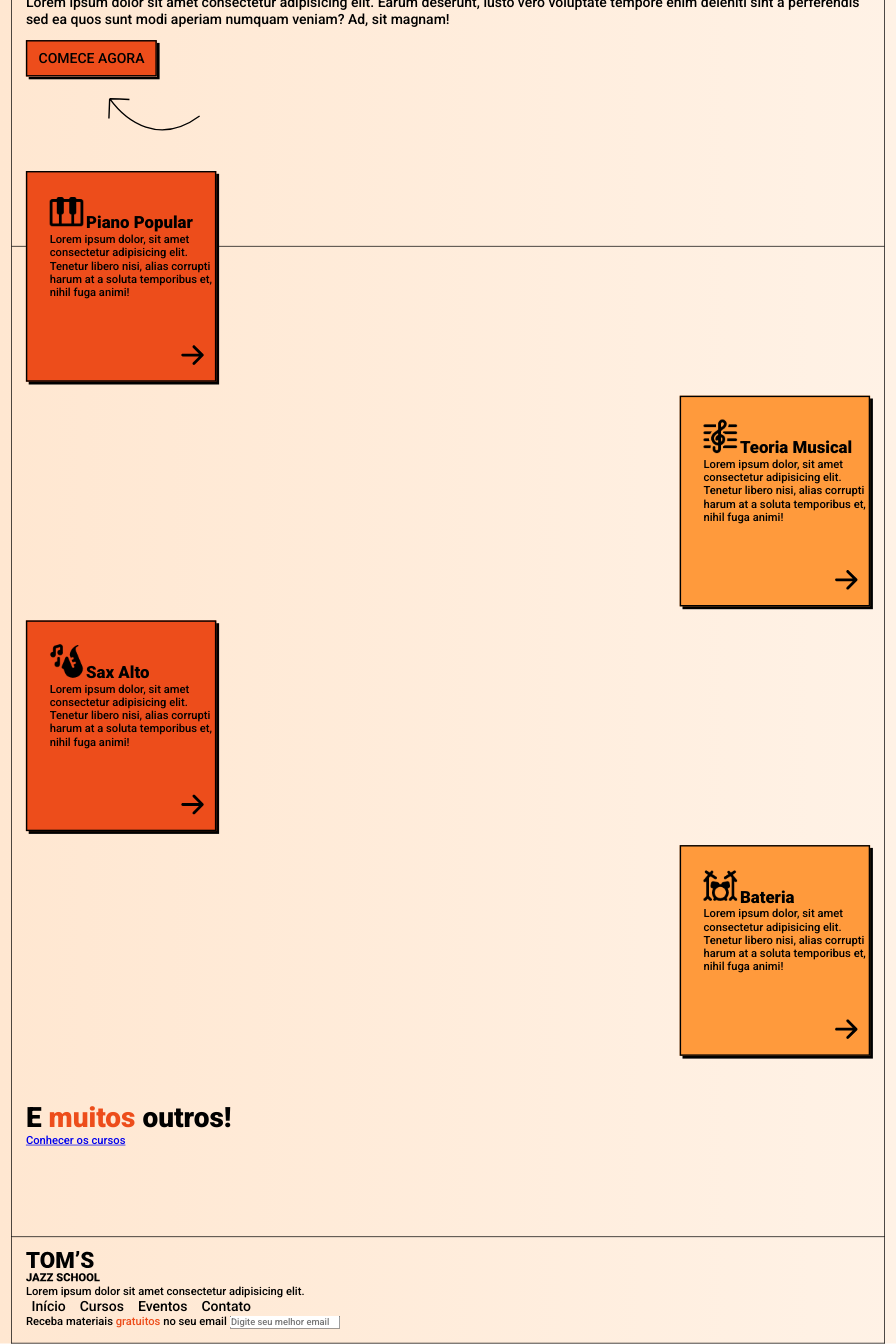
Repository: tenoriodasilva31/OBC-Music-School
Page: index.html
These files come from the project's save history. The page is drawn as it stood at one moment and after the next save; the edit follows.
The browser window is 1280 px wide. The pictures show the part of the page from y = 1185 to 3105 px (the page is 3105 px tall), at 70% of full size.

Above is the page before, as saved 2023-07-05 17:50:17.

### index.html
<!DOCTYPE html>
<html lang="pt-BR">
<head>
    <meta charset="UTF-8">
    <meta name="viewport" content="width=device-width, initial-scale=1.0">
    <title>Tom's Jazz School</title>

    <link rel="preconnect" href="https://fonts.googleapis.com">
    <link rel="preconnect" href="https://fonts.gstatic.com" crossorigin>

    <link rel="stylesheet" href="index.css">

    <link href="https://fonts.googleapis.com/css2?family=Roboto:wght@500;900&display=swap" rel="stylesheet">
</head>
<body>
    <header>
        <img src="./img/logo.svg" alt="Tom's School">
        <nav class="mt-1 nx-auto">
            <a href="#">Início</a>
            <a href="#">Cursos</a>
            <a href="#">Eventos</a>
            <a href="#">Contato</a>
        </nav>
        <button href="#" class="button mt-1 mb-1 nx-auto">Inscreva-se</button>
    </header>
    <main>
        <section class="hero-section">
            <img src="/img/hero-img.svg" alt="Banda de jazz se apresentando">
            <div>
                <h1 class="mt-2">Crie algo <span class="text-primary decoration">impactante</span> com música</h1>
                <p class="mt-2 mb-2">Lorem ipsum dolor sit amet consectetur adipisicing elit. Earum deserunt, iusto vero voluptate tempore enim deleniti sint a perferendis sed ea quos sunt modi aperiam numquam veniam? Ad, sit magnam!</p>
                <a href="#" class="button mt-1 mb-1 nx-auto">Comece agora</a>
            </div>
        </section>
        <section class="courses-section">
            <div class="cards">
            <article class="card">
                <img src="/img/piano.png" alt="icone de teclas de piano">
                <strong>Piano Popular</strong>
                <p>Lorem ipsum dolor, sit amet consectetur adipisicing elit. Tenetur libero nisi, alias corrupti harum at a soluta temporibus et, nihil fuga animi!</p>
                <a href="#">
                    <img src="/img/arrow-right.svg" alt="Ir para página do curso">
                </a>
            </article>
            <article class="card">
                <img src="/img/clef.png" alt="icone clave">
                <strong>Teoria Musical</strong>
                <p>Lorem ipsum dolor, sit amet consectetur adipisicing elit. Tenetur libero nisi, alias corrupti harum at a soluta temporibus et, nihil fuga animi!</p>
                <a href="#">
                    <img src="/img/arrow-right.svg" alt="Ir para página do curso">
                </a>
            </article>
            <article class="card">
                <img src="/img/sax.png" alt="icone de teclas de piano">
                <strong>Sax Alto</strong>
                <p>Lorem ipsum dolor, sit amet consectetur adipisicing elit. Tenetur libero nisi, alias corrupti harum at a soluta temporibus et, nihil fuga animi!</p>
                <a href="#">
                    <img src="/img/arrow-right.svg" alt="Ir para página do curso">
                </a>
            </article>
            <article class="card">
                <img src="/img/drums.png" alt="icone de teclas de piano">
                <strong>Bateria</strong>
                <p>Lorem ipsum dolor, sit amet consectetur adipisicing elit. Tenetur libero nisi, alias corrupti harum at a soluta temporibus et, nihil fuga animi!</p>
                <a href="#">
                    <img src="/img/arrow-right.svg" alt="Ir para página do curso">
                </a>
            </article>
            </div>
            <h2>E <span class="text-primary text-center">muitos</span> outros!</h2>
            <a href="#">Conhecer os cursos</a>
        </section>
    </main>

    <footer>
        <div>
            <img src="/img/logo.svg" alt="Tom's School">
            <p>Lorem ipsum dolor sit amet consectetur adipisicing elit. </p>
        </div>
        <nav>
            <a href="#">Início</a>
            <a href="#">Cursos</a>
            <a href="#">Eventos</a>
            <a href="#">Contato</a>
        </nav>
        <form>
            <label for="email">Receba materiais <span class="text-primary">gratuitos</span> no seu email</label>
            <input type="text" name="email" id="email" placeholder="Digite seu melhor email">
        </form>
    </footer>
</body>
</html>

### index.css
* {
    box-sizing: border-box;
    font-family: 'Roboto', sans-serif;
    margin: 0;
    padding: 0;
}

:root {
    --color-primary: #ED4D1B;
    --color-secondary: #FF9a3c;
    --color-black: #000;
    --color-white: #FFF;
}

body {
    background: linear-gradient(90deg, #ffe7d1 0%, #FFF2e6 100%);
    padding: 0 1rem;
}

header,.hero-section, .courses-section, footer {
    border-color: var(--color-black);
    border-style: solid;
    border-width: 0 1px 1px 1px;
    padding: 1.25rem;
}

header img {
    display: block;
    margin: 1rem auto;
}

header nav {
    display: grid;
    grid-template-columns: 1fr, 1fr;
}

nav a {
    color: var(--color-black);
    font-size: 1.25rem;
    padding: .5rem;
    text-decoration: none;
}

header nav a:nth-child(2n-1) {
    text-align: right;
}

.button {
    background-color: var(--color-primary);
    border: 2px solid var(--color-black);
    box-shadow: 4px 4px 0 var(--color-black);
    color: var(--color-black);
    display: black;
    font-size: 1.25rem;
    padding: .75rem 1rem;
    max-width: 14rem;
    text-align: center;
    text-decoration: none;
    text-transform: uppercase;
}

.hero-section {
    padding-right: 0;
    padding-bottom: 16rem;

}

.hero-section img {
    display: block;
    margin: 1.25rem 0 0 auto;
    max-width: 100%;
}

h1 {
    font-size: 3rem;
    line-height: 105%;
}

h2 {
    font-size: 2.5rem;
}

.hero-section p {
    font-size: 1.25rem;
    padding-right: 1.25rem;
}

.hero-section .button {
    position: relative;

}

.hero-section .button::after {
    content: '';
    background: url("/img/arrow-curve.svg");
    position: absolute;
    top: 5rem;
    right: -4rem;
    height: 48px;
    width: 132px;
}

.decoration {
    display: block;
    position: relative;
}

.decoration::after {
    content: '';
    background: url(/img/three-dashes.svg);
    position: absolute;
    top: -0.75rem;
    height: 36px;
    width: 40px;
}

.courses-section {
    padding-bottom: 8rem;

}

.cards {
    display: flex;
    flex-direction: column;
    align-items: start;
    gap: 1.25rem;
    margin-top: -8rem;
    margin-bottom: 4rem;
}

.card {
    background-color: var(--color-primary);
    border: 2px solid var(--color-black);
    box-shadow: 4px 4px 0 var(--color-black);
    max-width: 17rem;
    padding: 2rem 0 0 2rem;
}

.card:nth-child(2n) {
    align-self: end;
    background-color: var(--color-secondary)
}

.card strong {
    display: black;
    font-size: 1.5rem;
    margin: 1rem 0;
}

.card a {
    display: block;
    margin: 3rem 0 0 auto;
    width: fit-content;
}

.mt-1 {
    margin-top: 1rem;
}

.mt-2 {
    margin-top: 2rem;
}

.mb-1 {
    margin-bottom: 1rem;
}

.mb-2 {
    margin-bottom: 2rem;
}

.mx-auto {
    margin-left: auto;
    margin-right: auto;
}

.text-primary {
    color: var(--color-primary);
}

.text-center {
    text-align: center;
}

After the next save:
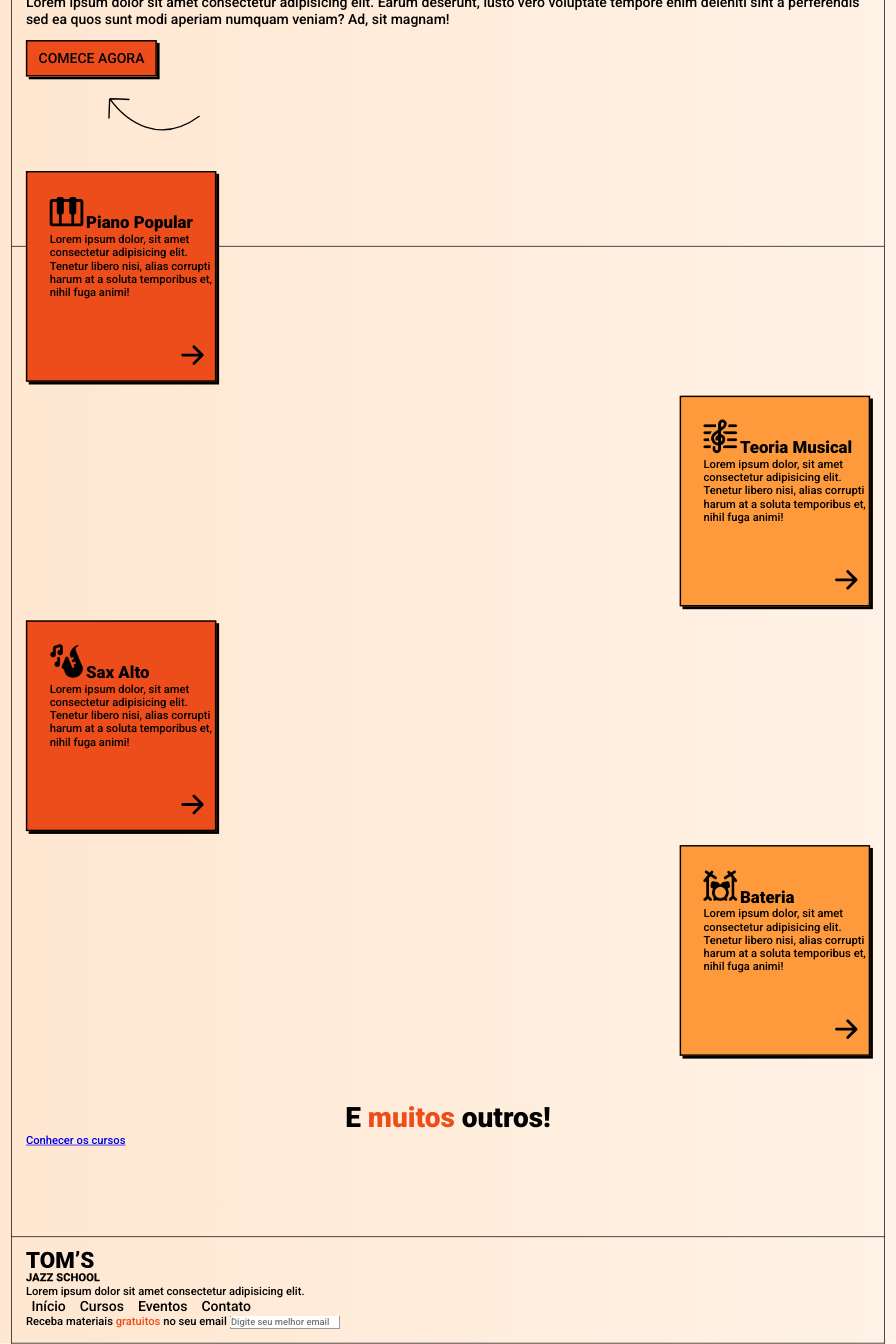
Saved 32 s later.
--- a/index.html
+++ b/index.html
@@ -67,7 +67,7 @@
                 </a>
             </article>
             </div>
-            <h2>E <span class="text-primary text-center">muitos</span> outros!</h2>
+            <h2 class="text-center">E <span class="text-primary">muitos</span> outros!</h2>
             <a href="#">Conhecer os cursos</a>
         </section>
     </main>
